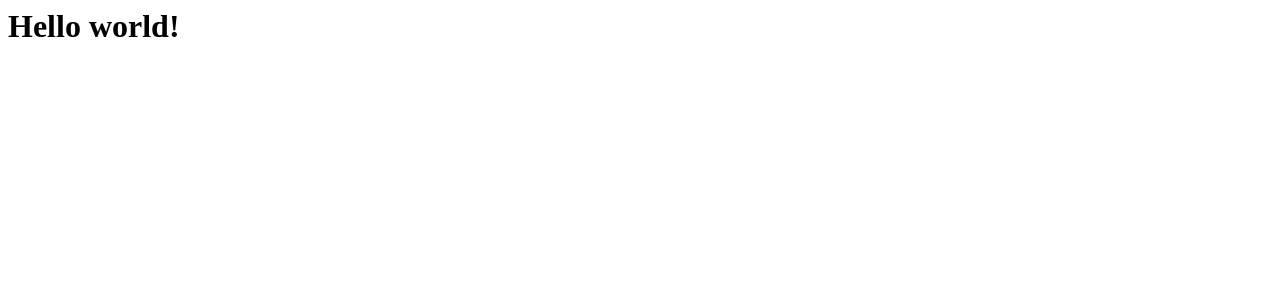
Repository: 108times/mvc-web-application
Page: http://localhost/app/views/Main/index.php
These files come from the project's save history. The page is drawn as it stood at one moment and after the next save; the edit follows.
The browser window is 1280 px wide. The pictures show the whole page.
The page is run by PHP 8.4 with error messages shown; the project is at /var/www/html/.

Above is the page before, as saved 2020-03-24 23:15:48.

### app/views/Main/index.php
<h1>Hello world!</h1>
<!--<p>--><?//=$name?><!--</p>-->
<!--<p>--><?//=$age?><!--</p>-->

After the next save:
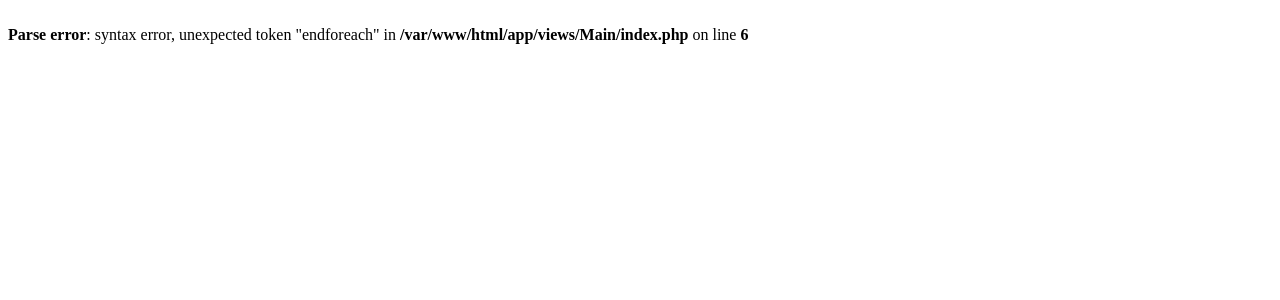
Saved 113 s later.
--- a/app/views/Main/index.php
+++ b/app/views/Main/index.php
@@ -1,3 +1,6 @@
 <h1>Hello world!</h1>
 <!--<p>--><?//=$name?><!--</p>-->
 <!--<p>--><?//=$age?><!--</p>-->
+<?php foreach($databaseData as $d) { ?>
+
+<?php endforeach}; ?>
